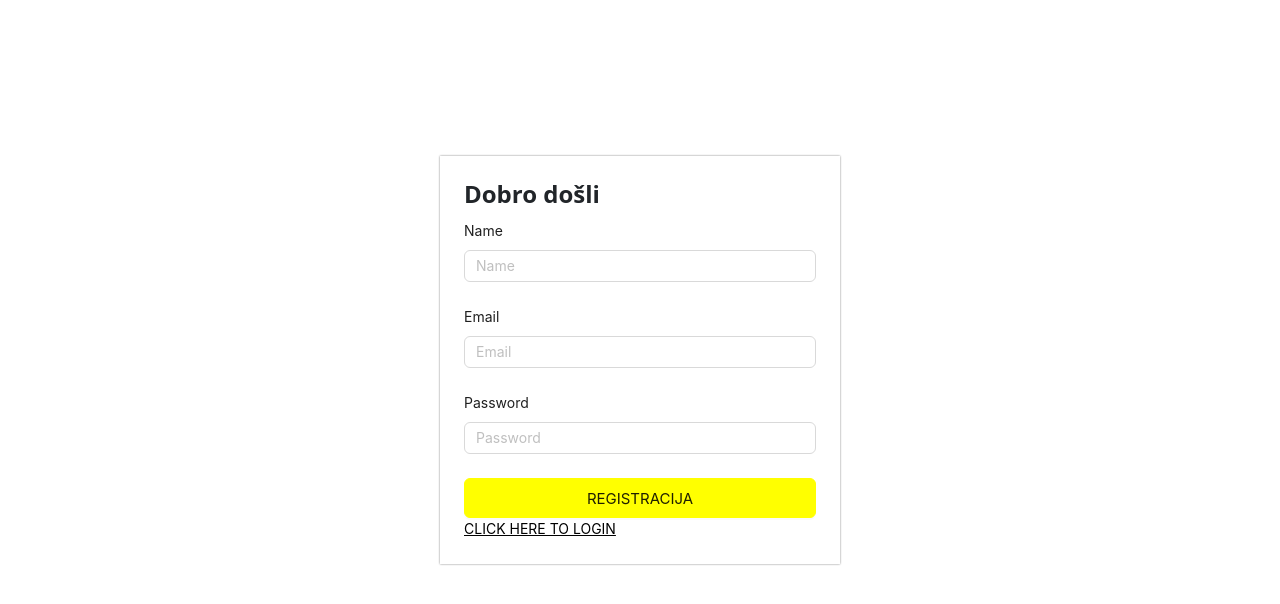
Repository: jbabicsus/okviri
Page: /registracija (app in autoskola/)
These files come from the project's save history. The page is drawn as it stood at one moment and after the next save; the edit follows.
The browser window is 1280 px wide. The pictures show the whole page.
The project was rebuilt for these pictures with package versions that can differ from the ones it lists, and the page was loaded fresh each time. Also part of the build but not shown: autoskola/src/stranice/Login.js.

Above is the page before, as saved 2024-05-12 14:14:06.

### autoskola/public/index.html
<!DOCTYPE html>
<html lang="en">
  <head>
    <meta charset="utf-8" />
    <link rel="icon" href="%PUBLIC_URL%/favicon.ico" />
    <meta name="viewport" content="width=device-width, initial-scale=1" />
    <meta name="theme-color" content="#000000" />
    <meta
      name="description"
      content="Web site created using create-react-app"
    />
    <link rel="apple-touch-icon" href="%PUBLIC_URL%/logo192.png" />

    <link rel="manifest" href="%PUBLIC_URL%/manifest.json" />

    <link href="https://cdn.jsdelivr.net/npm/bootstrap@5.3.3/dist/css/bootstrap.min.css" rel="stylesheet" integrity="sha384-QWTKZyjpPEjISv5WaRU9OFeRpok6YctnYmDr5pNlyT2bRjXh0JMhjY6hW+ALEwIH" crossorigin="anonymous">

    <title>React App</title>
  </head>
  <body>
    <noscript>You need to enable JavaScript to run this app.</noscript>
    <div id="root"></div>

  </body>
</html>

### autoskola/src/index.js
import React from 'react';
import ReactDOM from 'react-dom/client';
import './index.css';
import 'antd/dist/reset.css';
import App from './App';
import reportWebVitals from './reportWebVitals';

const root = ReactDOM.createRoot(document.getElementById('root'));
root.render(
  <React.StrictMode>
    <App />
  </React.StrictMode>
);

// If you want to start measuring performance in your app, pass a function
// to log results (for example: reportWebVitals(console.log))
// or send to an analytics endpoint. Learn more: https://bit.ly/CRA-vitals
reportWebVitals();

### autoskola/src/index.css
input{
  border-radius: 0;
  border: 1px solid gray;
}


/* cijela app*/

.kartica-naslov{
  font-size: 1.5rem;
  font-weight: bold;
}
.normal-text{
  font-size: 1rem;
}

.registracija-btn{
  background-color: yellow;
  border-color: yellow;
  height: 40px;
  width: 100%;
  font-size: 15px;
  margin-bottom: 3;
}

.a{
  color: black;
  text-decoration: underline;
  font: 15px;
  margin-top: 3;

}


/* autentifikacija */
.autentifikacija{
  height: 100vh;
  display: flex;
  align-items: center;
  justify-content: center;
}

.kartica{
  width: 400px;
  box-shadow: 0 0 2px gray;
  border-radius: 0;
}

### autoskola/src/App.js
import React from 'react';
import 'antd/dist/reset.css';
import {Routes, Route, BrowserRouter} from 'react-router-dom'
import Login from './stranice/Login'
import Registracija from './stranice/Registracija'
import {Button} from 'antd'
function App() {
  return (
    <BrowserRouter>
      <Routes>
        <Route path='/login' element={<Login />}/>
        <Route path='/registracija' element={<Registracija />}/>



      </Routes>
    </BrowserRouter>
  );
}

export default App;

### autoskola/src/stranice/Registracija.js

import {Button , Form, Input, Link} from 'antd';
import React from 'react';

function Registracija(){
    return(
        <div className='autentifikacija'>
            <div className='kartica p-4'>
                <h1 className='kartica-naslov'>Dobro došli</h1>
                <Form layout='vertical'>
                    <Form.Item label='Name' name='name'>
                        <Input placeholder='Name'/>
                    </Form.Item>

                    <Form.Item label='Email' name='email'>
                        <Input placeholder='Email'/>
                    </Form.Item>

                    <Form.Item label='Password' name='password'>
                        <Input placeholder='Password'/>
                    </Form.Item>

                    <Button className='registracija-btn'>REGISTRACIJA</Button>

                    <a href='/login' className='a'>CLICK HERE TO LOGIN</a>
                </Form>

            </div>
        </div>
    )
}

export default Registracija

Loaded but not shown: autoskola/src/reportWebVitals.js (common file)

After the next save:
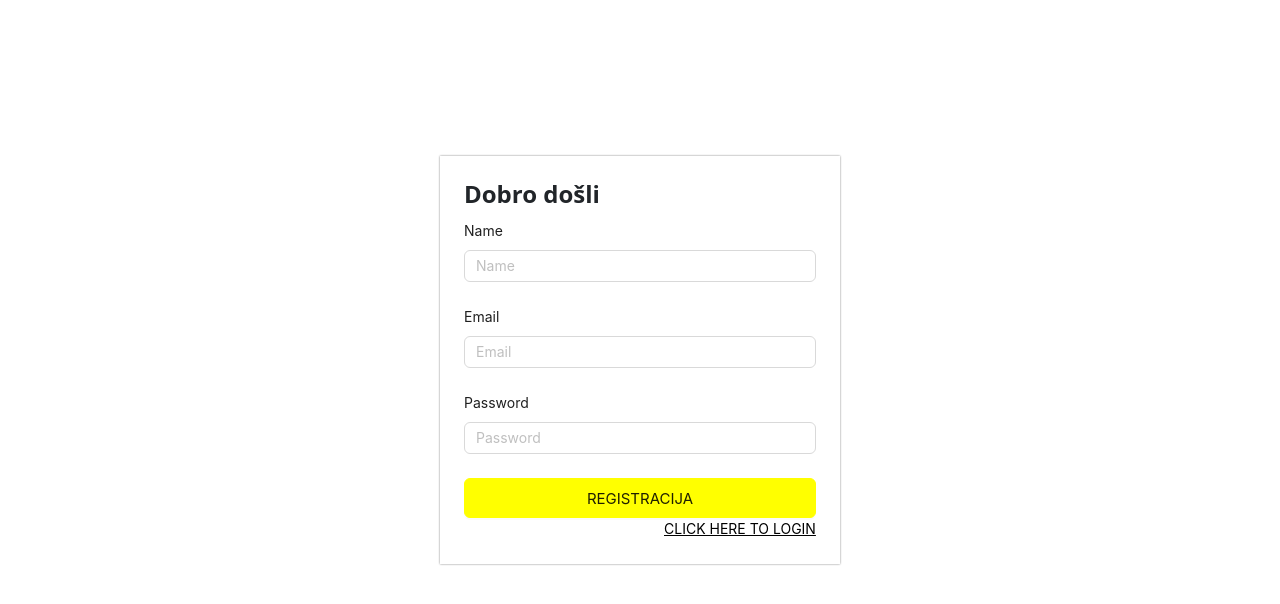
Saved 14 s later.
--- a/autoskola/src/index.css
+++ b/autoskola/src/index.css
@@ -27,7 +27,7 @@ input{
   color: black;
   text-decoration: underline;
   font: 15px;
-  margin-top: 3;
+  margin-left: 200px;
 
 }
 
